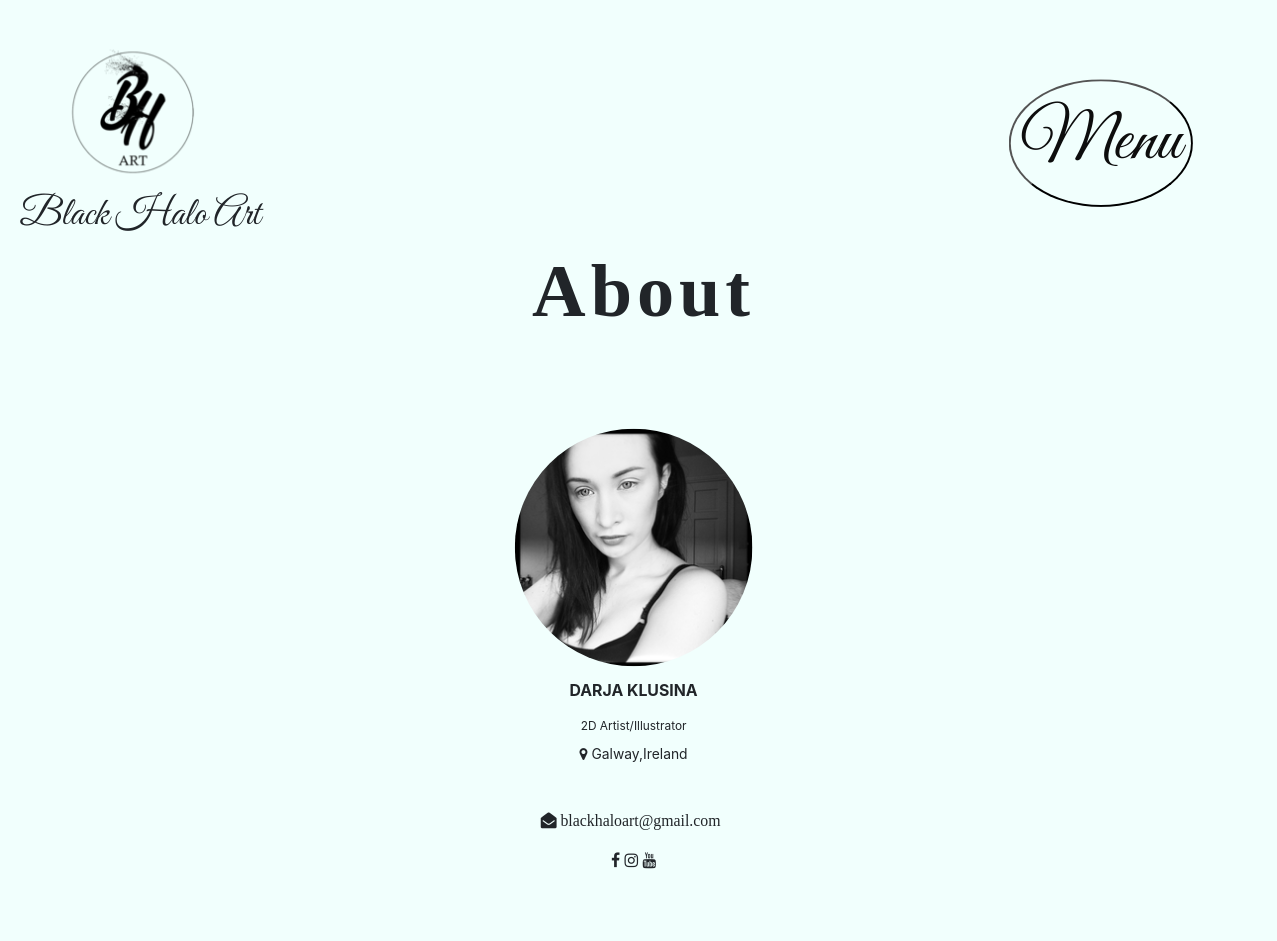
Repository: Cosy-Chaos/project-time
Page: about.html
The author's editor kept a record of every edit. The page is drawn from the files as they stood at one moment, then again after the next edit.
The browser window is 1280 px wide. The page is 1290 px wide, so the pictures cover 1290 px, including what lies to the right of the window. The pictures show the whole page, at 99% of full size.

Above is the page before.

After the next edit:
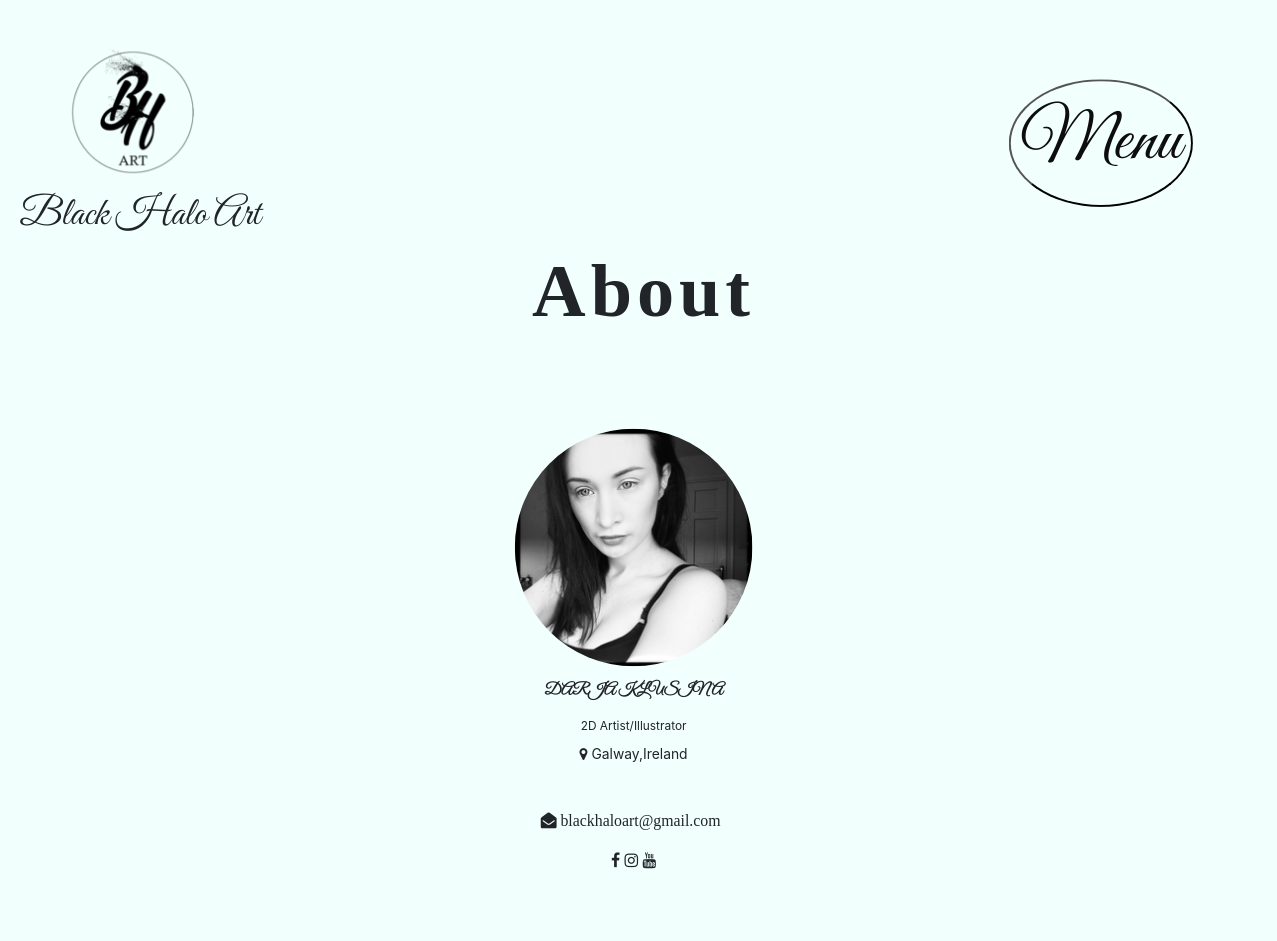
The edit:
--- a/assets/style_about.css
+++ b/assets/style_about.css
@@ -116,6 +116,10 @@
     margin-top: 0.75rem;
 }
 
+.about-name, .title-font {
+    font-family: 'Great Vibes', cursive;
+}
+
 .about-position {
     margin-top: -0.375rem;
 }
